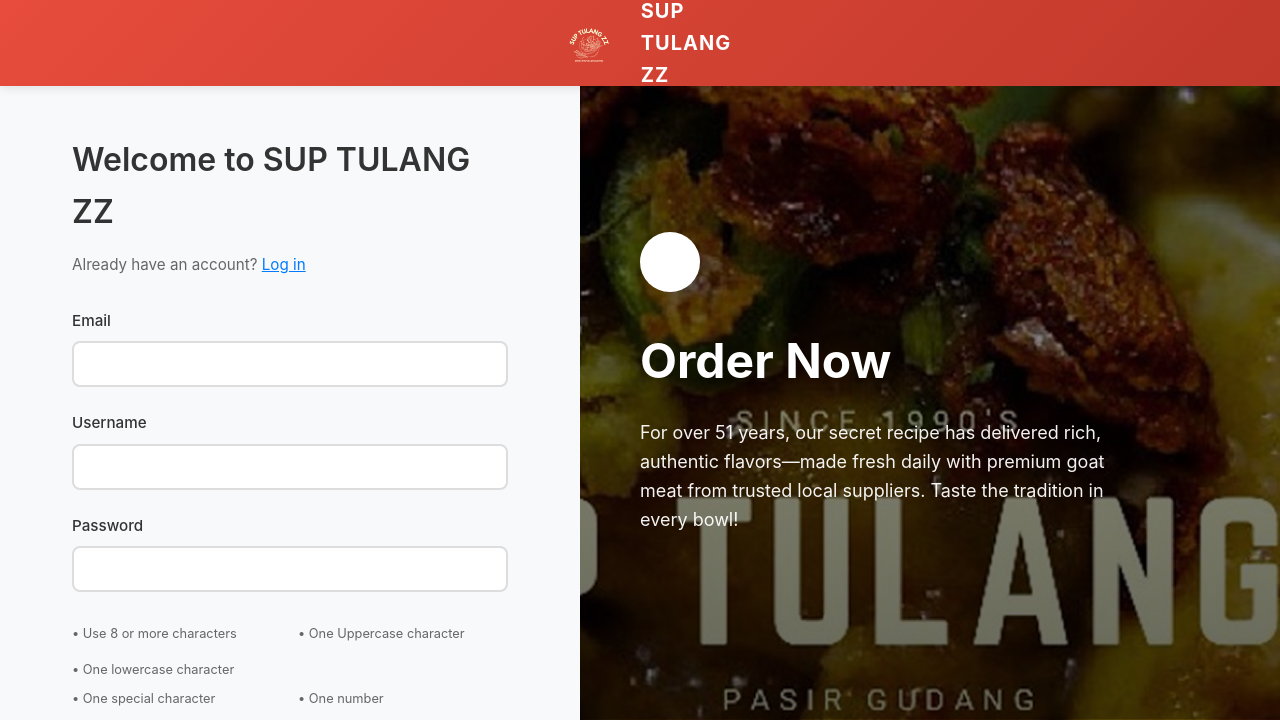
Repository: YIsheng2002/web-frontend
Page: view/member/userSignUp.html
The author's editor kept a copy of each file at every save. The page is drawn from the files as they stood at one save, then again after the next save.
The browser window is 1280 px wide. The pictures show the whole page.
An inner scrolling area shows only its first screen.

Above is the page before, as saved 2025-06-13 22:34:13.

After the next save:
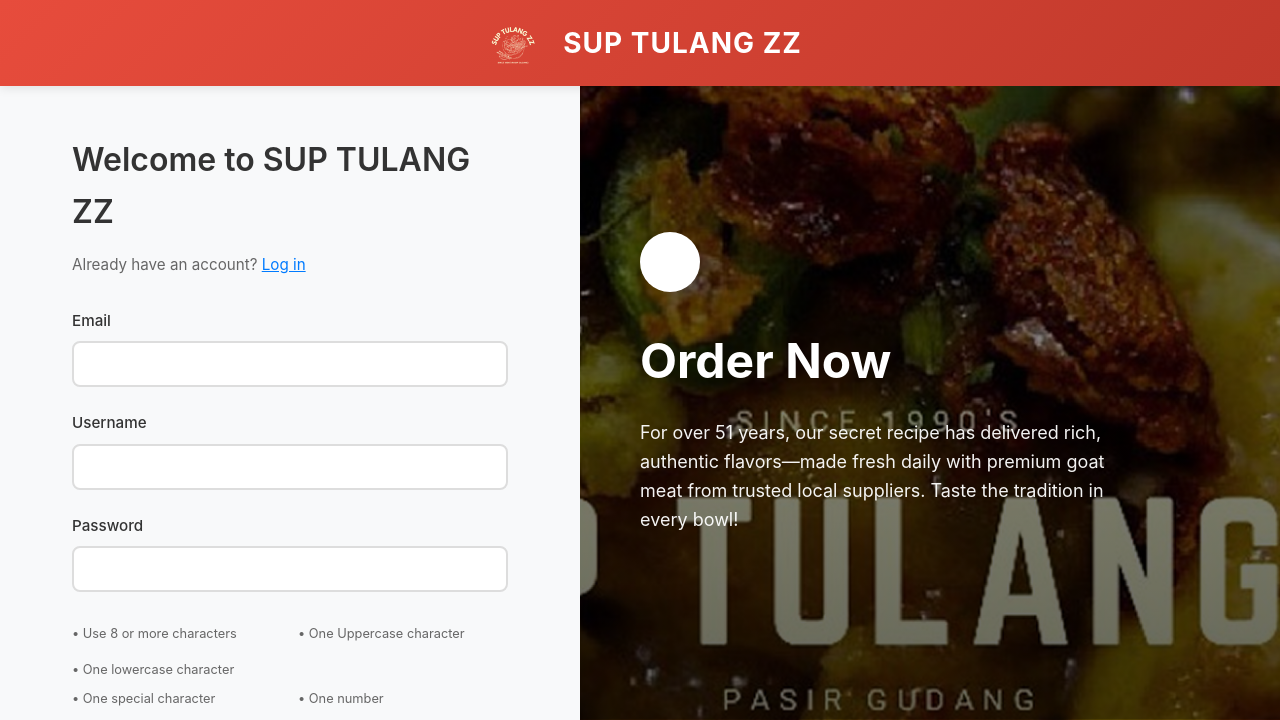
Saved 27 s later.
--- a/view/member/userSignUp.html
+++ b/view/member/userSignUp.html
@@ -11,9 +11,9 @@
     <!-- Header -->
     <header class="header">
         <div class="header-content">
-            <div class="logo">
-                <img src="../../assets/images/logo.png" alt="SUP TULANG ZZ Logo" class="logo-img">
-                <span class="logo-text">SUP TULANG ZZ</span>
+            <div class="logo-section">
+                <img src="../../assets/images/logo.png" alt="SUP TULANG ZZ Logo" class="logo">
+                <span class="brand-name">SUP TULANG ZZ</span>
             </div>
             <div class="header-right">
                 <div class="nav-actions">
